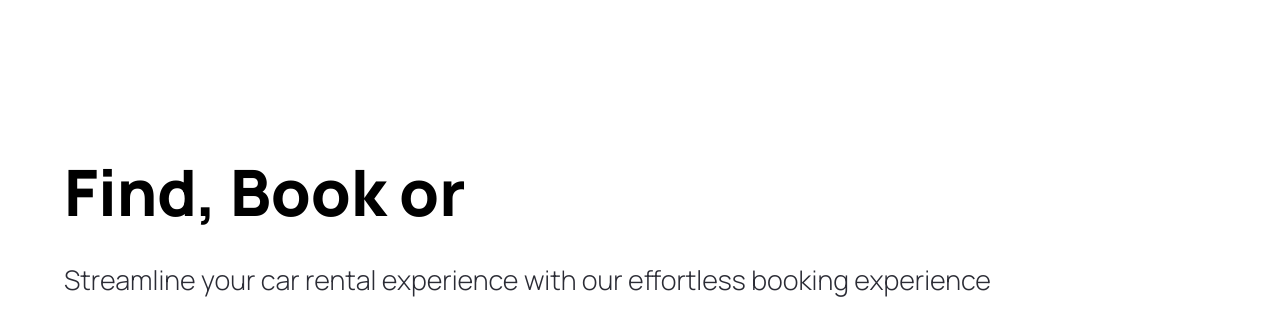
Repository: MikeeBuilds/driver
Page: /
An editor plug-in stored every save of this project. The page is shown before and after a run of saves, followed by the edit.
The browser window is 1280 px wide. The pictures show the whole page.
The project was rebuilt for these pictures with package versions that can differ from the ones it lists, and the page was loaded fresh each time. The framework's server and built-in components were replaced by stand-ins that run in the browser. Also part of the build but not shown: next.config.js.

Above is the page before, as saved 2023-06-21 21:39:36.

After the next 2 saves:
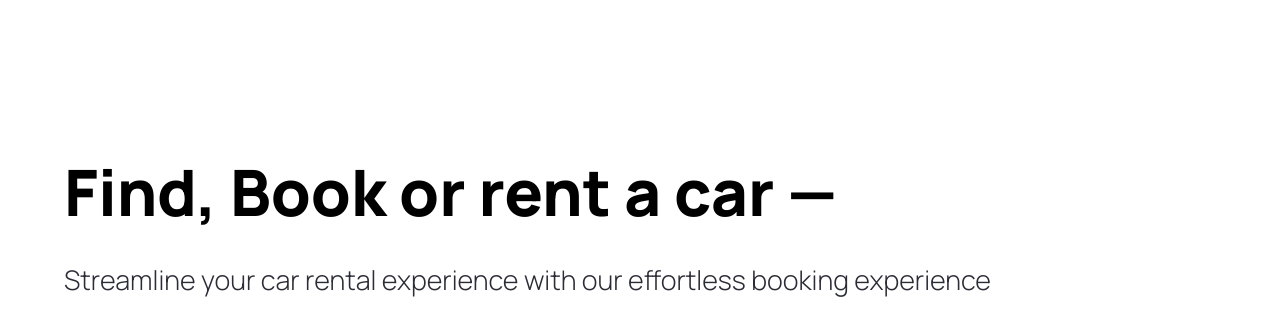
The 2 saves are shown as one change because they came seconds apart.
The last was saved 6 s later.
--- a/components/Hero.tsx
+++ b/components/Hero.tsx
@@ -6,7 +6,7 @@ const Hero = () => {
     <div className='hero'>
         <div className='flex-1 pt-36 padding-x'>
             <h1 className='hero__title'>
-                Find, Book or
+                Find, Book or rent a car —
             </h1>
 
             <p className='hero__subtitle'>
